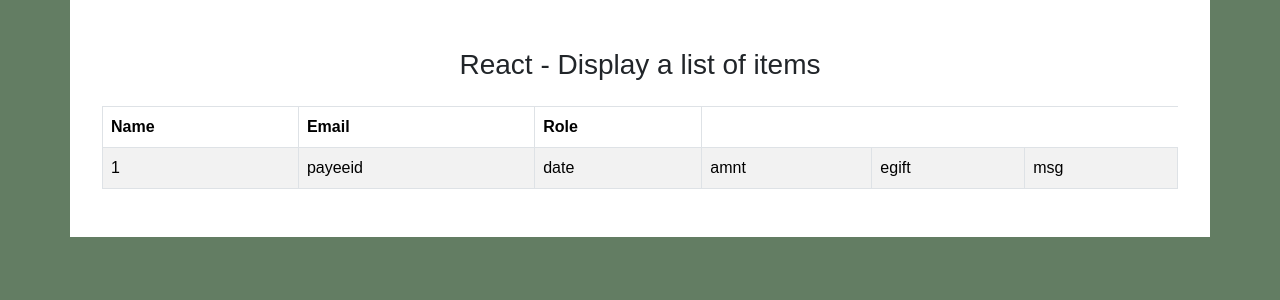
Repository: ryangen97/TT4_Group12
Page: / (app in dbsseed/)
An editor plug-in stored every save of this project. The page is shown before and after the next save, followed by the edit.
The browser window is 1280 px wide. The pictures show the whole page.
The project was rebuilt for these pictures with package versions that can differ from the ones it lists, and the page was loaded fresh each time. Also part of the build but not shown: dbsseed/src/Login.js.

Above is the page before, as saved 2021-05-07 12:44:49.

### dbsseed/src/App.js
import TranscationHistory from "./transactionhistory"
import Login from "./Login.js"

function App() {

  return (
    <div className="Login">
      <TranscationHistory/>
    </div>
  );
}

export default App;

### dbsseed/src/transactionhistory.js
import React, { useState } from 'react';

function TransactionHistory() {
    const [users, setUsers] = useState([
        { custID : 1, payeeID : 'payeeid', date : 'date', amount : 'amnt', eGift : 'egift', message: "msg" },
    ]);

    return (
        <div className="container">
            <h3 className="p-3 text-center">React - Display a list of items</h3>
            <table className="table table-striped table-bordered">
                <thead>
                    <tr>
                        <th>Name</th>
                        <th>Email</th>
                        <th>Role</th>
                    </tr>
                </thead>
                <tbody>
                    {users && users.map(user =>
                        <tr key={user.custID}>
                            <td>{user.custID} </td>
                            <td>{user.payeeID}</td>
                            <td>{user.date}</td>
                            <td>{user.amount}</td>
                            <td>{user.eGift}</td>
                            <td>{user.message}</td>

                        </tr>
                    )}
                </tbody>
            </table>
        </div>
    );
}

export default TransactionHistory;

### dbsseed/src/App.css
.App {
  text-align: center;
}

.App-logo {
  height: 40vmin;
  pointer-events: none;
}

@media (prefers-reduced-motion: no-preference) {
  .App-logo {
    animation: App-logo-spin infinite 20s linear;
  }
}

.App-header {
  background-color: #282c34;
  min-height: 100vh;
  display: flex;
  flex-direction: column;
  align-items: center;
  justify-content: center;
  font-size: calc(10px + 2vmin);
  color: white;
}

.App-link {
  color: #61dafb;
}

@keyframes App-logo-spin {
  from {
    transform: rotate(0deg);
  }
  to {
    transform: rotate(360deg);
  }
}

.container {
  background-color: white;
  padding: 2rem;
}

.content {
  background-color: white;
  padding: .5rem;
}

.cf:before,
.cf:after {
    content: " "; /* 1 */
    display: table; /* 2 */
}

.cf:after {
    clear: both;
}

/**
 * For IE 6/7 only
 * Include this rule to trigger hasLayout and contain floats.
 */
.cf {
    *zoom: 1;
}

body{
	font-family: sans-serif;
}

### dbsseed/src/Login.css
* {
  margin: 0;
  padding: 0;
}

body {
  background: #637d63;
}

.App {
  font-family: sans-serif;
  text-align: center;
}

.form {
  max-width: 330px;
  margin: 0 auto;
  display: flex;
  flex-direction: column;
  background: white;
  padding: 20px;
  margin-top: 30px;
}

.form .form__custom-button {
  margin-top: 50px;
}

Loaded but not shown: dbsseed/public/index.html (common file); dbsseed/src/index.js (common file); dbsseed/src/index.css (common file)

After the next save:
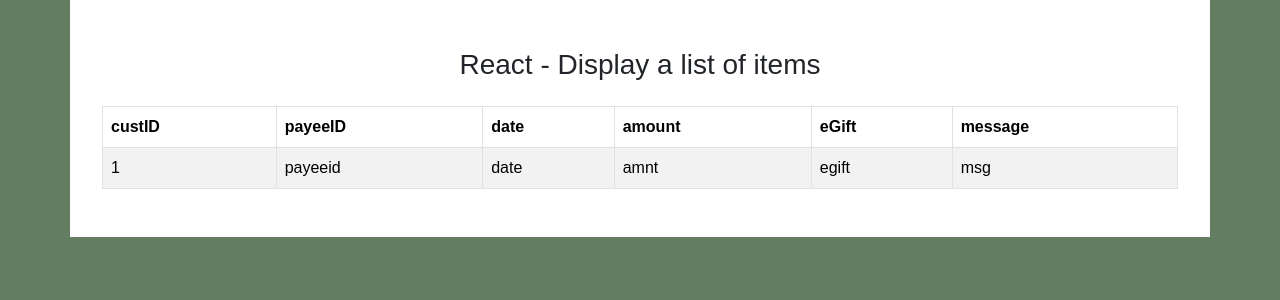
Saved 31 s later.
--- a/dbsseed/src/transactionhistory.js
+++ b/dbsseed/src/transactionhistory.js
@@ -11,9 +11,13 @@ function TransactionHistory() {
             <table className="table table-striped table-bordered">
                 <thead>
                     <tr>
-                        <th>Name</th>
-                        <th>Email</th>
-                        <th>Role</th>
+                        <th>custID</th>
+                        <th>payeeID</th>
+                        <th>date</th>
+                        <th>amount</th>
+                        <th>eGift</th>
+                        <th>message</th>
+
                     </tr>
                 </thead>
                 <tbody>
